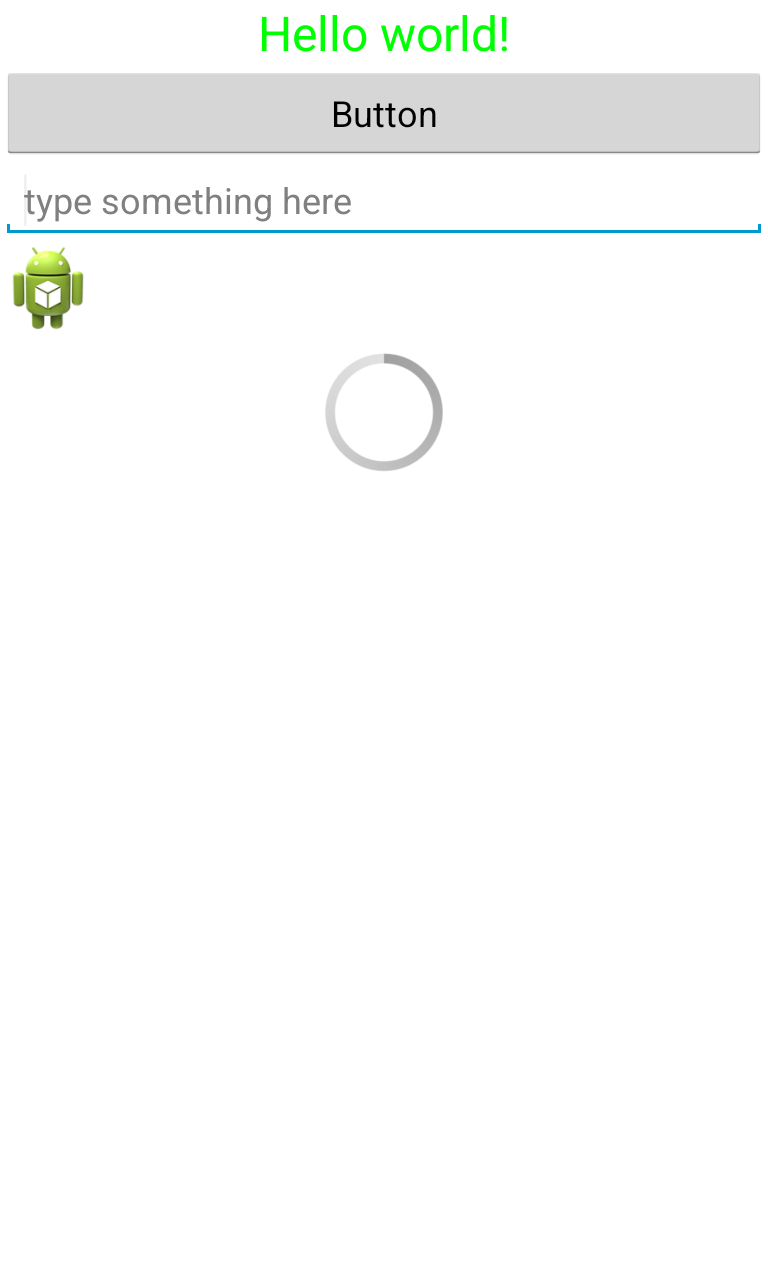
Repository: GUNDAMR/firstcode_android
Layout: C3UIWidgetTest/res/layout/activity_main.xml
The author's editor kept a copy of each file at every save. The layout is drawn from the files as they stood at one save, then again after the next save.
It is drawn on a 768 x 1280 px phone screen (xhdpi) without system bars, with theme AppTheme; the app's code is not run.

Above is the layout before, as saved 2014-12-11 12:52:18.

### C3UIWidgetTest/res/layout/activity_main.xml
<LinearLayout xmlns:android="http://schemas.android.com/apk/res/android"
    xmlns:tools="http://schemas.android.com/tools"
    android:id="@+id/LinearLayout1"
    android:layout_width="match_parent"
    android:layout_height="match_parent"
    android:orientation="vertical"
    tools:context="${relativePackage}.${activityClass}" >

    <TextView
        android:layout_width="match_parent"
        android:layout_height="wrap_content"
        android:gravity="center"
        android:text="@string/hello_world"
        android:textColor="#00FF00"
        android:textSize="24sp" />

    <Button
        android:id="@+id/button"
        android:layout_width="match_parent"
        android:layout_height="wrap_content"
        android:text="Button" />

    <EditText
        android:id="@+id/edit_text"
        android:layout_width="match_parent"
        android:layout_height="wrap_content"
        android:ems="10"
        android:hint="type something here" >

        <requestFocus />
    </EditText>

    <ImageView
        android:id="@+id/image_view"
        android:layout_width="wrap_content"
        android:layout_height="wrap_content"
        android:src="@drawable/ic_launcher" />

    <ProgressBar
        android:id="@+id/progress_bar"
        style="?android:attr/progressBarStyleLarge"
        android:layout_width="match_parent"
        android:layout_height="wrap_content" />

</LinearLayout>

### C3UIWidgetTest/res/values/strings.xml
<?xml version="1.0" encoding="utf-8"?>
<resources>

    <string name="app_name">UIWidgetTest</string>
    <string name="hello_world">Hello world!</string>

</resources>

Loaded but not shown: C3UIWidgetTest/res/values/styles.xml (common file); C3UIWidgetTest/res/values-v11/styles.xml (common file); C3UIWidgetTest/res/values-v14/styles.xml (common file)

After the next save:
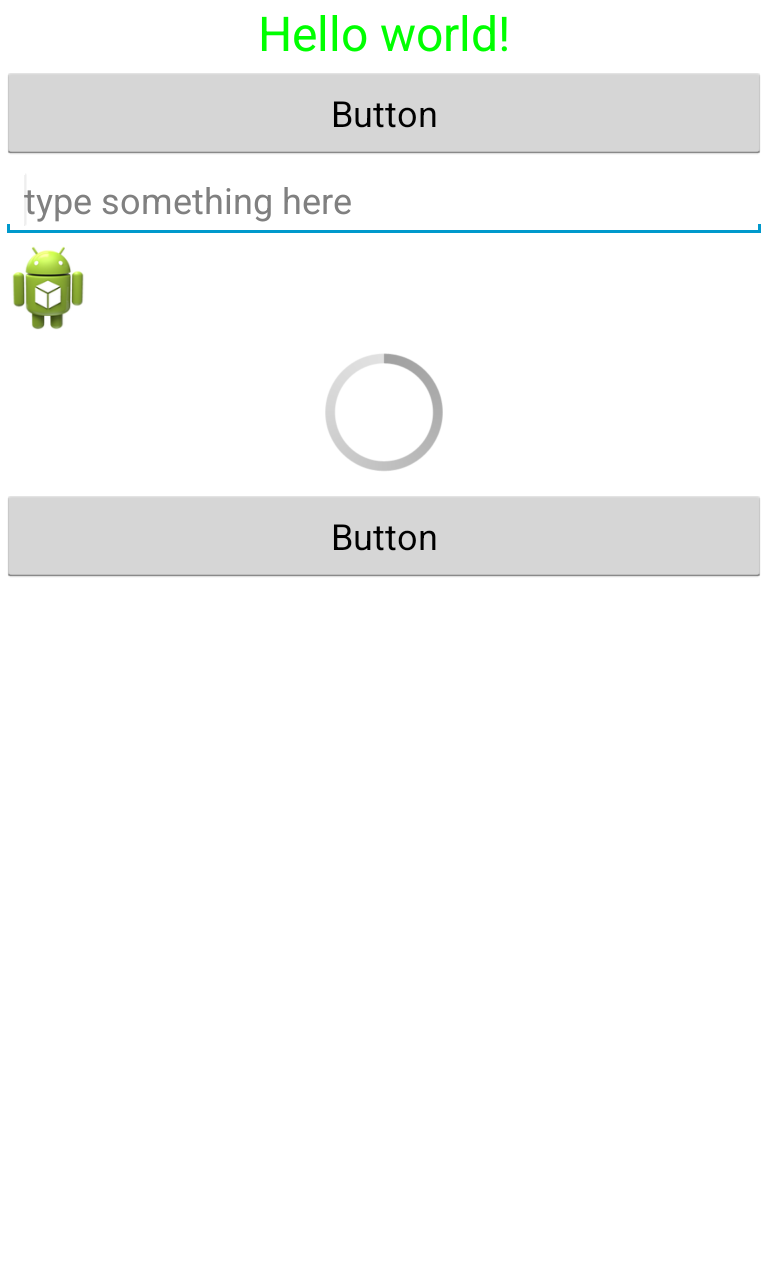
Saved 39 s later.
--- a/C3UIWidgetTest/res/layout/activity_main.xml
+++ b/C3UIWidgetTest/res/layout/activity_main.xml
@@ -42,4 +42,10 @@
         android:layout_width="match_parent"
         android:layout_height="wrap_content" />
 
+    <Button
+        android:id="@+id/btn_alert"
+        android:layout_width="match_parent"
+        android:layout_height="wrap_content"
+        android:text="Button" />
+
 </LinearLayout>
